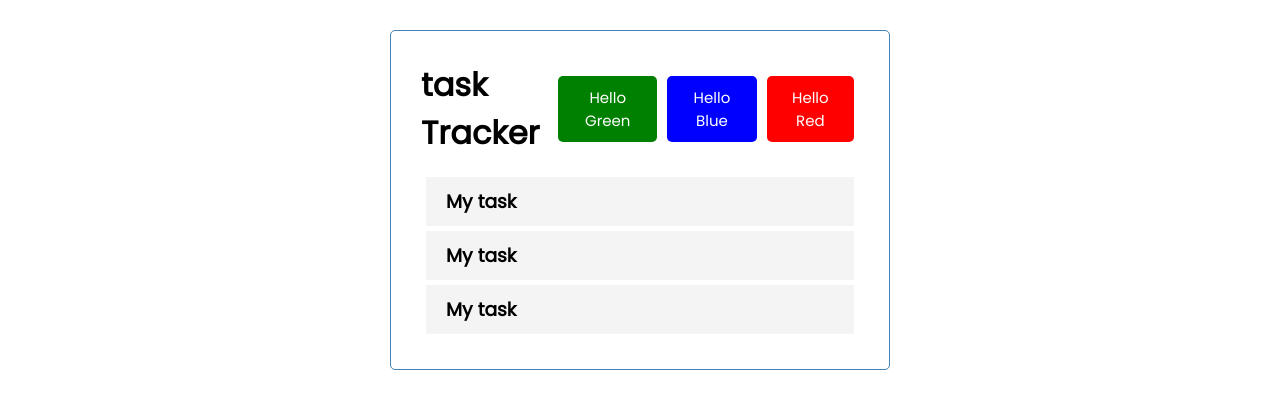
Repository: ds-mbappe/react-task-tracker
Page: /
The author's editor kept a copy of each file at every save. The page is drawn from the files as they stood at one save, then again after the next save.
The browser window is 1280 px wide. The pictures show the whole page.
The project was rebuilt for these pictures with package versions that can differ from the ones it lists, and the page was loaded fresh each time.

Above is the page before, as saved 2021-10-01 04:55:30.

### src/App.js
import { useState } from "react";
import Header from "./components/Header";
import Tasks from "./components/Tasks";

function App() {
  const [tasks, setTasks] = useState(
        [
            {
                id: 1,
                text: "Finish the Cloud Computing work",
                day: "October 3rd",
                reminder: true,
            },
            {
                id: 2,
                text: "Finish the Linux Homework",
                day: "October 5th",
                reminder: true,
            },
            {
                id: 1,
                text: "Java EE project",
                day: "October 26",
                reminder: false,
            }
        ]
    )

  return (
    <div className="container">
      <Header />
      <Tasks tasks={tasks}/>
    </div>
  );
}

export default App;

### src/components/Header.js
import PropTypes from "prop-types"
import Button from "./Button"

const Header = ({title}) => {
    return (
        <header className="header">
            <h1>{title}</h1>
            <Button color="green" text="Hello Green" />
            <Button color="blue" text="Hello Blue"/>
            <Button color="red" text="Hello Red"/>
        </header>
    )
}

Header.defaultProps = {
    title: "task Tracker",
}

Header.propTypes = {
    title: PropTypes.string.isRequired,
}

export default Header

### src/components/Tasks.js
import Task from "./Task"

const Tasks = ({ tasks }) => {
    return (
        <>
            {tasks.map((task) => (<Task key={task.id} task={task}/>))}
        </>
    )
}

export default Tasks

### src/components/Button.js
import PropTypes from "prop-types"

const Button = ({ color, text }) => {
    return (
        <button className="btn" style={{backgroundColor: color}}>{text}</button>
    )
}

Button.defaultProps = {
    color: "steelblue",
}

Button.propTypes = {
    text: PropTypes.string,
    color: PropTypes.string,
}

export default Button

### src/components/Task.js
const Task = () => {
    return (
        <div className="task">
            <h3>My task</h3>
        </div>
    )
}

export default Task

Loaded but not shown: public/index.html (common file); src/index.js (common file); src/index.css (common file); src/reportWebVitals.js (common file)

After the next save:
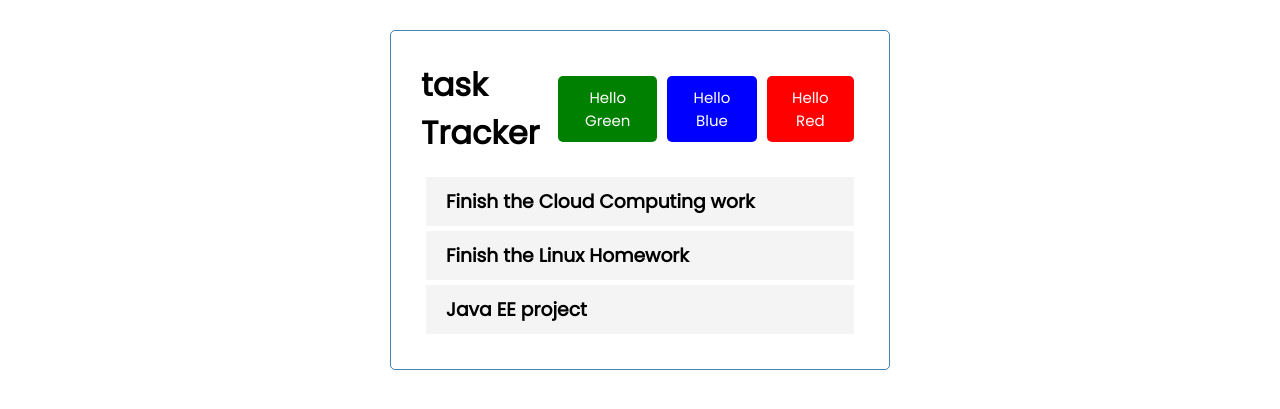
Saved 36 s later.
--- a/src/components/Task.js
+++ b/src/components/Task.js
@@ -1,7 +1,7 @@
-const Task = () => {
+const Task = ({ task }) => {
     return (
         <div className="task">
-            <h3>My task</h3>
+            <h3>{task.text}</h3>
         </div>
     )
 }
